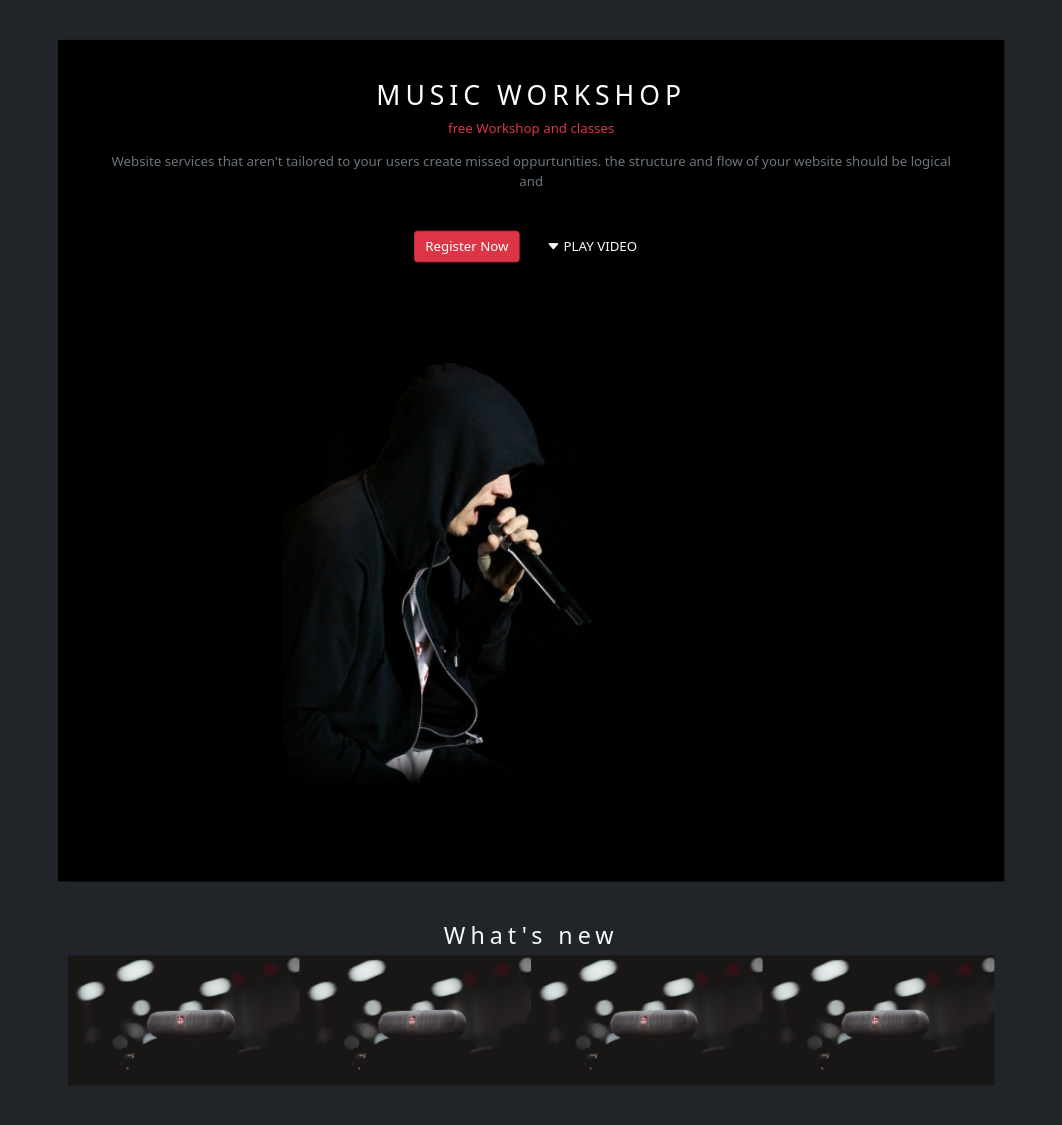
Repository: Eugene44-hub/music-workshop-site
Page: index.html
An editor plug-in stored every save of this project. The page is shown before and after the next save, followed by the edit.
The browser window is 1280 px wide. The pictures show the whole page, at 83% of full size.
Some web libraries are served in a nearby version.

Above is the page before, as saved 2021-10-22 16:27:12.

After the next save:
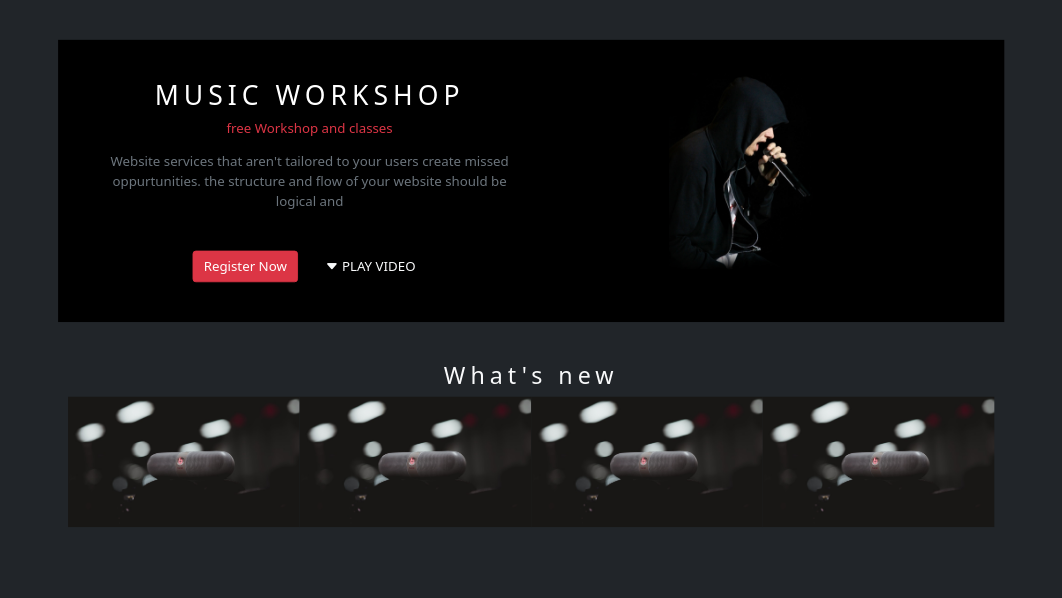
Saved 4 s later.
--- a/index.html
+++ b/index.html
@@ -17,7 +17,7 @@
     <section id="registration">
         <div class="container">
             <div class="row text-white bg-black align-items-center" id="regImg">
-                <div id="regText" class="col- text-center p-5">
+                <div id="regText" class="col-lg text-center p-5">
                     <h2 id="musicheader" class="text-uppercase fs-2">
                         music workshop </h2>
                     <p class="text-danger"> free Workshop and classes</p>
